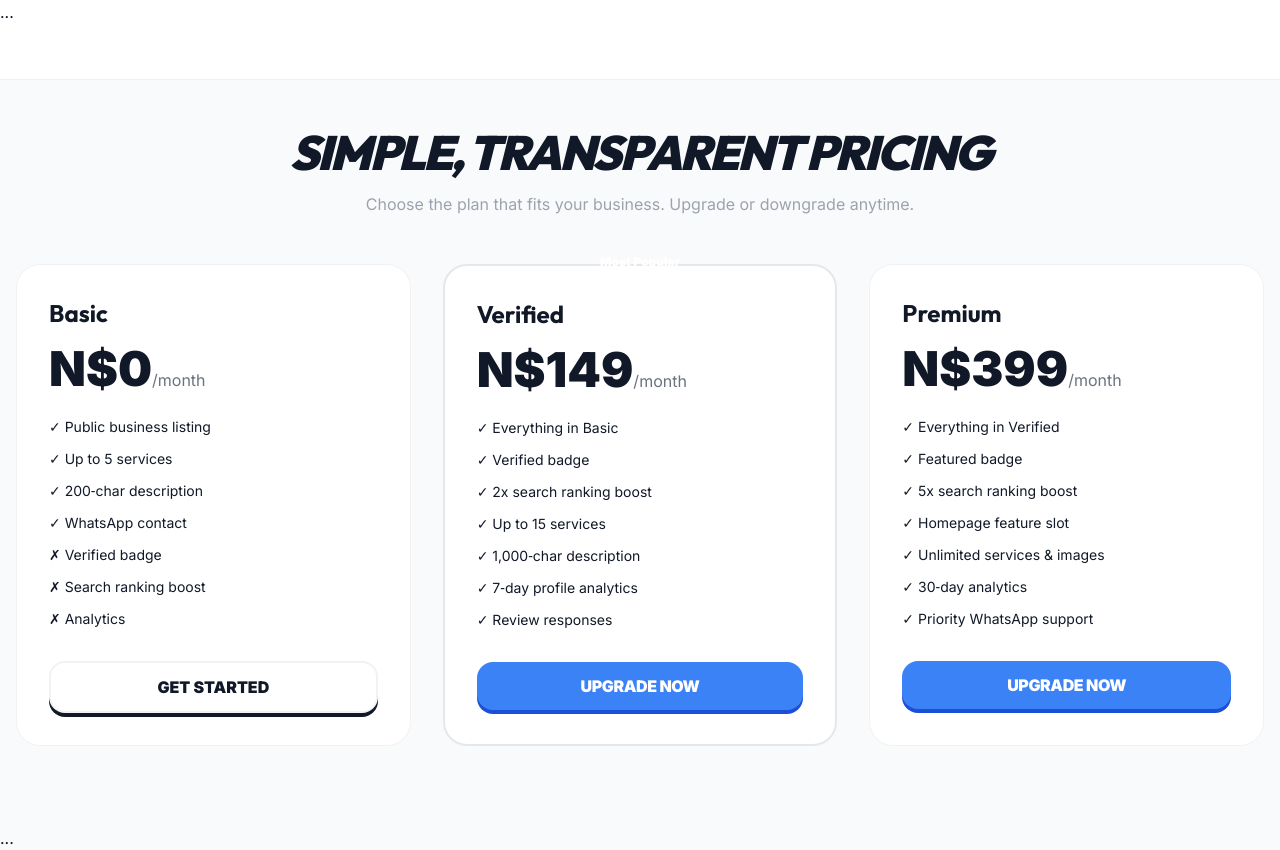
Repository: Paavo12/Localink
Page: frontend/pricing.html
These files come from the project's save history. The page is drawn as it stood at one moment and after the next save; the edit follows.
The browser window is 1280 px wide. The pictures show the whole page.
Some web libraries are served in a nearby version.

Above is the page before, as saved 2026-06-11 15:49:25.

### frontend/pricing.html
<!DOCTYPE html>
<html lang="en">
<head>
  <meta charset="UTF-8">
  <meta name="viewport" content="width=device-width, initial-scale=1.0">
  <title>Pricing – NamibConnect</title>
  <script src="https://cdn.tailwindcss.com"></script>
  <link rel="stylesheet" href="styles.css">
  <script src="script.js" defer></script>
</head>
<body class="bg-[var(--bg-main)] text-[var(--text-main)]">

  <!-- Navbar (same as search.html) -->
  <nav class="fixed top-0 left-0 right-0 z-50 glass-nav h-20">...</nav>

  <main class="pt-32 pb-20 max-w-7xl mx-auto px-4">
    <h1 class="text-5xl font-black uppercase italic tracking-tighter text-center mb-4">Simple, transparent pricing</h1>
    <p class="text-center text-gray-400 mb-12">Choose the plan that fits your business. Upgrade or downgrade anytime.</p>

    <div class="grid grid-cols-1 md:grid-cols-3 gap-8">
      <!-- Basic -->
      <div class="bg-[var(--card-bg)] rounded-3xl border border-[var(--border-main)] p-8">
        <h2 class="text-2xl font-bold">Basic</h2>
        <div class="mt-4 mb-6"><span class="text-5xl font-black">N$0</span><span class="text-gray-500">/month</span></div>
        <ul class="space-y-3 text-sm">
          <li>✓ Public business listing</li><li>✓ Up to 5 services</li><li>✓ 200‑char description</li>
          <li>✓ WhatsApp contact</li><li>✗ Verified badge</li><li>✗ Search ranking boost</li><li>✗ Analytics</li>
        </ul>
        <div class="mt-8"><a href="register.html" class="btn-secondary w-full text-center block">Get Started</a></div>
      </div>
      <!-- Verified -->
      <div class="bg-[var(--card-bg)] rounded-3xl border-2 border-accent p-8 relative">
        <div class="absolute -top-4 left-1/2 transform -translate-x-1/2 bg-accent text-white text-xs font-black px-4 py-1 rounded-full">Most Popular</div>
        <h2 class="text-2xl font-bold">Verified</h2>
        <div class="mt-4 mb-6"><span class="text-5xl font-black">N$149</span><span class="text-gray-500">/month</span></div>
        <ul class="space-y-3 text-sm">
          <li>✓ Everything in Basic</li><li>✓ Verified badge</li><li>✓ 2x search ranking boost</li>
          <li>✓ Up to 15 services</li><li>✓ 1,000‑char description</li><li>✓ 7‑day profile analytics</li>
          <li>✓ Review responses</li>
        </ul>
        <div class="mt-8"><a href="checkout.html?plan=verified" class="btn-primary w-full text-center block">Upgrade Now</a></div>
      </div>
      <!-- Premium -->
      <div class="bg-[var(--card-bg)] rounded-3xl border border-[var(--border-main)] p-8">
        <h2 class="text-2xl font-bold">Premium</h2>
        <div class="mt-4 mb-6"><span class="text-5xl font-black">N$399</span><span class="text-gray-500">/month</span></div>
        <ul class="space-y-3 text-sm">
          <li>✓ Everything in Verified</li><li>✓ Featured badge</li><li>✓ 5x search ranking boost</li>
          <li>✓ Homepage feature slot</li><li>✓ Unlimited services & images</li><li>✓ 30‑day analytics</li>
          <li>✓ Priority WhatsApp support</li>
        </ul>
        <div class="mt-8"><a href="checkout.html?plan=premium" class="btn-primary w-full text-center block">Upgrade Now</a></div>
      </div>
    </div>
  </main>

  <footer>...</footer>
</body>
</html>

### frontend/styles.css
/* styles.css – full with dark mode */
@import url('https://fonts.googleapis.com/css2?family=Inter:opsz,wght@14..32,100..900&family=Outfit:wght@100..900&display=swap');

:root {
  --bg-main: #F9FAFB;
  --text-main: #111827;
  --card-bg: #FFFFFF;
  --border-main: rgba(0,0,0,0.05);
  --accent-color: #3b82f6;
}
.dark {
  --bg-main: #0a0c10;
  --text-main: #F9FAFB;
  --card-bg: #161b22;
  --border-main: #30363d;
}
body {
  background-color: var(--bg-main);
  color: var(--text-main);
  transition: background-color 0.3s, color 0.3s;
  font-family: 'Inter', sans-serif;
}
h1, h2, h3, h4, h5, h6 {
  font-family: 'Outfit', sans-serif;
}
.glass-nav {
  background-color: var(--card-bg);
  border-bottom: 1px solid var(--border-main);
  backdrop-filter: blur(12px);
}
.bold-search {
  display: flex;
  align-items: center;
  background-color: var(--card-bg);
  border: 2px solid var(--border-main);
  border-radius: 1.5rem;
  box-shadow: 8px 8px 0 0 rgba(59,130,246,0.1);
  transition: all 0.2s;
}
.bold-search:focus-within {
  box-shadow: 12px 12px 0 0 rgba(59,130,246,0.15);
}
.btn-primary {
  background-color: var(--accent-color);
  color: white;
  padding: 0.75rem 1.5rem;
  border-radius: 1rem;
  font-weight: 900;
  text-transform: uppercase;
  letter-spacing: -0.025em;
  transition: all 0.2s;
  box-shadow: 0 4px 0 0 #1d4ed8;
  display: inline-block;
  text-align: center;
}
.btn-primary:hover {
  background-color: #2563eb;
  transform: translateY(-1px);
}
.btn-secondary {
  background-color: var(--card-bg);
  border: 2px solid var(--border-main);
  color: var(--text-main);
  padding: 0.75rem 1.5rem;
  border-radius: 1rem;
  font-weight: 900;
  text-transform: uppercase;
  transition: all 0.2s;
  box-shadow: 0 4px 0 0 var(--text-main);
  display: inline-block;
  text-align: center;
}
.shadow-neon {
  box-shadow: 0 0 15px rgba(59,130,246,0.5);
}
.badge-verified {
  background-color: rgba(59,130,246,0.1);
  color: var(--accent-color);
  font-size: 0.625rem;
  font-weight: 900;
  padding: 0.25rem 0.5rem;
  border-radius: 9999px;
  text-transform: uppercase;
  letter-spacing: 0.05em;
}
.transition-all {
  transition-property: all;
  transition-timing-function: cubic-bezier(0.4, 0, 0.2, 1);
  transition-duration: 0.2s;
}
.quote-form input, .quote-form textarea {
  background-color: var(--bg-main);
  border: 1px solid var(--border-main);
  border-radius: 1rem;
  padding: 0.75rem 1rem;
  color: var(--text-main);
  font-weight: 500;
  width: 100%;
}
.quote-form input:focus, .quote-form textarea:focus {
  outline: none;
  border-color: var(--accent-color);
}
input[type="time"] {
  appearance: none;
  -webkit-appearance: none;
  background-color: var(--bg-main);
  color: var(--text-main);
  border: 1px solid var(--border-main);
  border-radius: 0.75rem;
  padding: 0.5rem;
  font-family: inherit;
}
input[type="time"]::-webkit-calendar-picker-indicator {
  filter: invert(0.5);
  cursor: pointer;
}
.dark input[type="time"]::-webkit-calendar-picker-indicator {
  filter: invert(1);
}

Loaded but not shown: frontend/script.js (477 lines, source omitted)

After the next save:
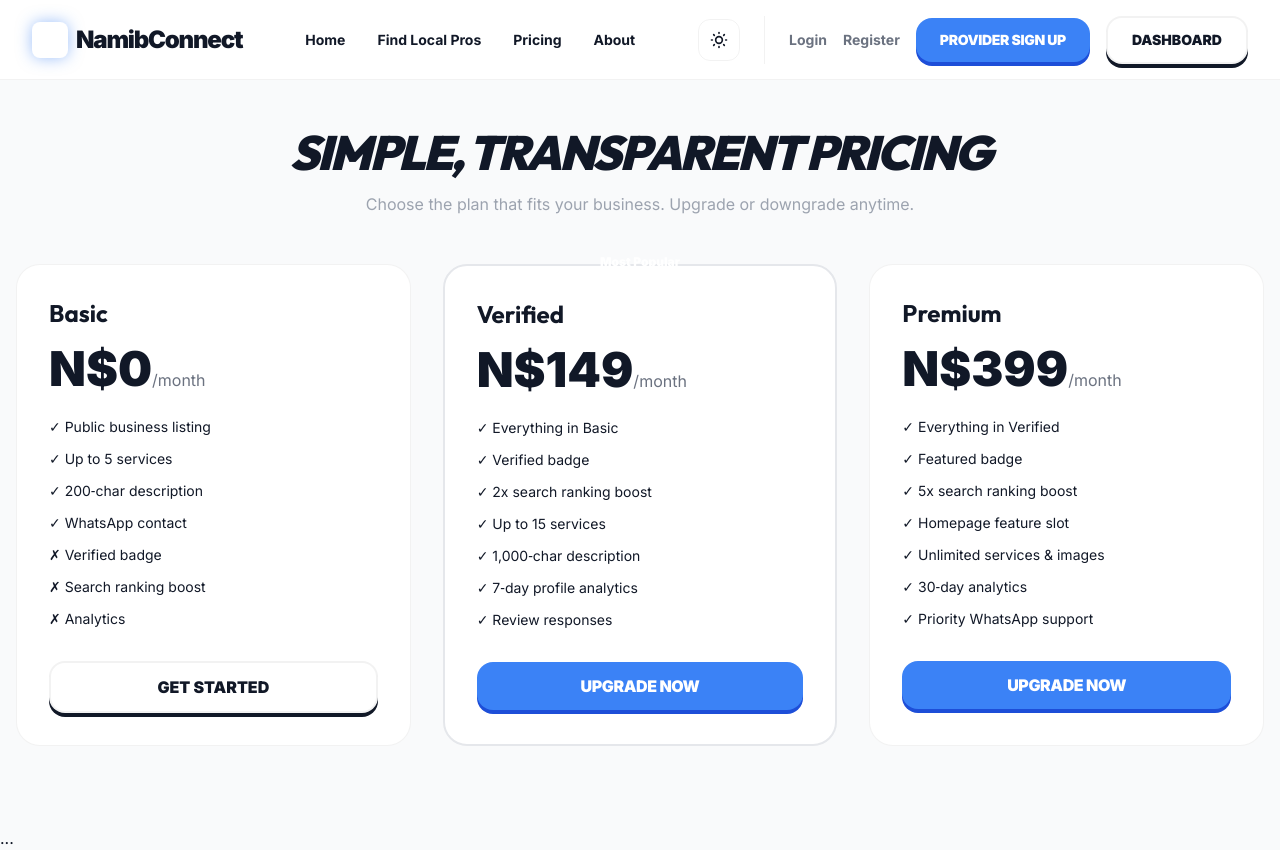
Saved 62 s later.
--- a/frontend/pricing.html
+++ b/frontend/pricing.html
@@ -10,9 +10,52 @@
 </head>
 <body class="bg-[var(--bg-main)] text-[var(--text-main)]">
 
-  <!-- Navbar (same as search.html) -->
-  <nav class="fixed top-0 left-0 right-0 z-50 glass-nav h-20">...</nav>
-
+ <nav class="fixed top-0 left-0 right-0 z-50 glass-nav h-20">
+  <div class="max-w-7xl mx-auto px-4 sm:px-6 lg:px-8 h-full">
+    <div class="flex justify-between h-full items-center">
+      <a href="index.html" class="flex items-center gap-2 group">
+        <div class="w-9 h-9 bg-accent rounded-lg flex items-center justify-center transition-transform group-hover:rotate-12 shadow-neon">
+          <span class="text-white font-display font-black text-xl">N</span>
+        </div>
+        <span class="font-display font-black text-2xl tracking-tighter text-[var(--text-main)]">NamibConnect</span>
+      </a>
+      <div class="hidden md:flex items-center gap-8">
+        <a href="index.html" class="text-sm font-bold HOME_CLASS">Home</a>
+        <a href="search.html" class="text-sm font-bold SEARCH_CLASS">Find Local Pros</a>
+        <a href="pricing.html" class="text-sm font-bold PRICING_CLASS">Pricing</a>
+        <a href="about.html" class="text-sm font-bold ABOUT_CLASS">About</a>
+      </div>
+      <div class="hidden md:flex items-center gap-6">
+        <button id="themeToggle" class="p-2.5 rounded-xl border border-[var(--border-main)] text-[var(--text-main)] hover:bg-[var(--border-main)] transition-all">
+          <svg class="w-5 h-5 dark:hidden" fill="none" stroke="currentColor" viewBox="0 0 24 24"><path stroke-linecap="round" stroke-linejoin="round" stroke-width="2" d="M12 3v1m0 16v1m9-9h-1M4 12H3m15.364 6.364l-.707-.707M6.343 6.343l-.707-.707m12.728 0l-.707.707M6.343 17.657l-.707.707M16 12a4 4 0 11-8 0 4 4 0 018 0z"></path></svg>
+          <svg class="w-5 h-5 hidden dark:block" fill="none" stroke="currentColor" viewBox="0 0 24 24"><path stroke-linecap="round" stroke-linejoin="round" stroke-width="2" d="M20.354 15.354A9 9 0 018.646 3.646 9.003 9.003 0 0012 21a9.003 9.003 0 008.354-5.646z"></path></svg>
+        </button>
+        <div class="flex items-center gap-4 border-l border-[var(--border-main)] pl-6">
+          <a href="login.html" class="text-sm font-bold text-gray-500 hover:text-[var(--text-main)] transition-colors">Login</a>
+          <a href="register.html" class="text-sm font-bold text-gray-500 hover:text-[var(--text-main)] transition-colors">Register</a>
+          <a href="register-provider.html" class="btn-primary text-sm">Provider Sign Up</a>
+          <a href="dashboard.html" class="btn-secondary text-sm">Dashboard</a>
+        </div>
+      </div>
+      <div class="md:hidden">
+        <button id="mobileMenuBtn" class="p-2">
+          <svg class="w-6 h-6" fill="none" stroke="currentColor" viewBox="0 0 24 24"><path stroke-linecap="round" stroke-linejoin="round" stroke-width="2" d="M4 6h16M4 12h16M4 18h16"></path></svg>
+        </button>
+      </div>
+    </div>
+  </div>
+  <div id="mobileMenu" class="hidden md:hidden bg-[var(--card-bg)] border-t border-[var(--border-main)]">
+    <div class="px-4 py-6 space-y-4">
+      <a href="search.html" class="block text-lg font-medium">Find Services</a>
+      <a href="pricing.html" class="block text-lg font-medium">Pricing</a>
+      <a href="about.html" class="block text-lg font-medium">About</a>
+      <a href="login.html" class="block text-lg font-medium">Login</a>
+      <a href="register.html" class="block text-lg font-medium">Register</a>
+      <a href="register-provider.html" class="block text-lg font-medium text-accent font-bold">Provider Sign Up</a>
+      <a href="dashboard.html" class="block btn-primary text-center">Dashboard</a>
+    </div>
+  </div>
+</nav>
   <main class="pt-32 pb-20 max-w-7xl mx-auto px-4">
     <h1 class="text-5xl font-black uppercase italic tracking-tighter text-center mb-4">Simple, transparent pricing</h1>
     <p class="text-center text-gray-400 mb-12">Choose the plan that fits your business. Upgrade or downgrade anytime.</p>
